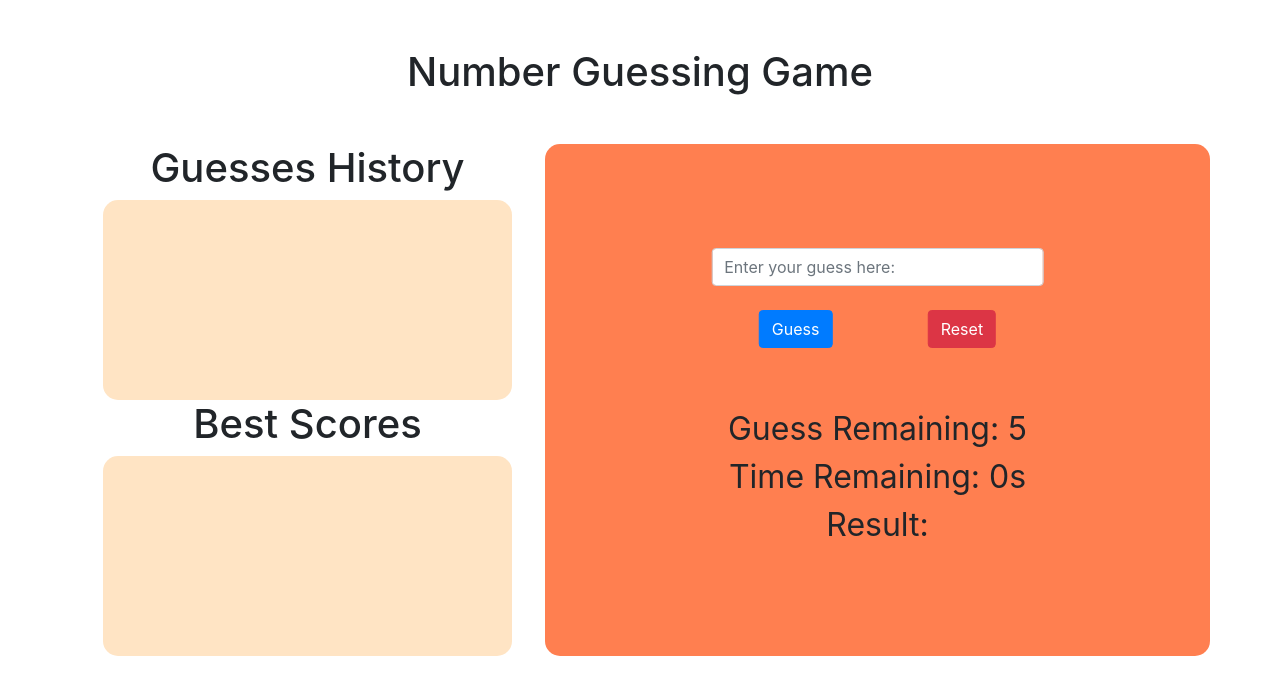
Repository: tts2610/NumberGuessingGame
Page: index.html
The author's editor kept a copy of each file at every save. The page is drawn from the files as they stood at one save, then again after the next save.
The browser window is 1280 px wide. The pictures show the whole page.
After loading, the first visible `#startGameBtn` was clicked once.

Above is the page before, as saved 2020-05-13 13:26:19.

### index.html
<!DOCTYPE html>
<html lang="en">

<head>
    <meta charset="UTF-8">
    <meta name="viewport" content="width=device-width, initial-scale=1.0">
    <title>Document</title>
    <link rel="stylesheet" href="https://maxcdn.bootstrapcdn.com/bootstrap/4.4.1/css/bootstrap.min.css">

    <!-- jQuery library -->
    <script src="https://ajax.googleapis.com/ajax/libs/jquery/3.4.1/jquery.min.js"></script>

    <!-- Popper JS -->
    <script src="https://cdnjs.cloudflare.com/ajax/libs/popper.js/1.16.0/umd/popper.min.js"></script>

    <!-- Latest compiled JavaScript -->
    <script src="https://maxcdn.bootstrapcdn.com/bootstrap/4.4.1/js/bootstrap.min.js"></script>
    <link rel="stylesheet" href="css/style.css">

</head>

<body>

    <section class="container py-5 numberGuessingBox">
        <h1 style="text-align: center;" class="mb-5">Number Guessing Game</h1>
        <div class="row">
            <div class="col-5 left_handSide px-5">
                <h1 style="text-align: center;">Guesses History</h1>
                <div class="row box-1"></div>
                <h1 style="text-align: center;">Best Scores</h1>
                <div class="row box-2"></div>
            </div>
            <div class="col-7 right_handSide px-5">
                <button onclick="startGame()" class="btn btn-info" id="startGameBtn">Start Game!</button>
                <div id="inputDiv">
                    <div class="customForm py-5">
                        <input type="number" class="form-control" id="guess" placeholder="Enter your guess here:">
                        <div class="submitBtn">
                            <button type="button" class="btn btn-primary mt-4" onclick="guess()">Guess</button>
                            <button type="button" class="btn btn-danger mt-4" onclick="reset()">Reset</button>
                        </div>
                    </div>
                    <div class="result">
                        <div>Guess Remaining:
                            <span id="guessRemaining"></span>
                        </div>
                        <div>Time Remaining:
                            <span id="secondRemaining"></span>s</div>
                        <div>Result:
                            <span id="finalResult"></span>
                        </div>
                    </div>
                </div>


            </div>
        </div>
    </section>

    <script src="js/script.js"></script>
</body>

</html>

### css/style.css
.numberGuessingBox .row .left_handSide .box-1 {
    background-color: bisque;
    height: 200px;
    border-radius: 15px;
}

.numberGuessingBox .row .left_handSide .box-2 {
    background-color: bisque;
    height: 200px;
    border-radius: 15px;
}

.numberGuessingBox .row .right_handSide {
    background-color: coral;
    border-radius: 15px;
    width: auto;
}

.numberGuessingBox .row .right_handSide .customForm {
    width: 50%;
    position: absolute;
    top: 30%;
    left: 50%;
    transform: translate(-50%, -50%);
}

.numberGuessingBox .row .right_handSide .result {
    width: 50%;
    position: absolute;
    top: 65%;
    left: 50%;
    transform: translate(-50%, -50%);
    font-size: xx-large;
    text-align: center;
}

.numberGuessingBox .row .right_handSide .customForm .submitBtn {
    display: flex;
    justify-content: space-around;
}

#inputDiv {
    display: none;
}

#startGameBtn {
    width: 50%;
    position: absolute;
    top: 50%;
    left: 50%;
    transform: translate(-50%, -50%);
}

### js/script.js
let div = document.getElementById("inputDiv");
let startGameBtn = document.getElementById("startGameBtn");

let historyBox = [];
let bestScores = [];
let guess = 5;
let second = 30;
let randomNumber = Math.floor(Math.random() * 100) + 1;

let input = document.getElementById("guess");

let secondRemaining = document.getElementById("secondRemaining");
let guessRemaining = document.getElementById("guessRemaining");
let finalResult = document.getElementById("finalResult");


$(document).ready(function() {
    div.style.display = "none";
});

function startGame() {
    if (div.style.display === "none") {
        while (secondRemaining.textContent != "0") {
            second--;
            secondRemaining.textContent = second;
        }

        guessRemaining.textContent = guess;
        div.style.display = "block";
        startGameBtn.style.display = "none";
    }
}

function startTimer(duration, display) {
    var timer = duration;
    var minutes;
    var seconds;
    setInterval(function() {
        minutes = parseInt(timer / 60, 10);
        seconds = parseInt(timer % 60, 10);

        minutes = minutes < 10 ? "0" + minutes : minutes;
        seconds = seconds < 10 ? "0" + seconds : seconds;

        display.textContent = minutes + ":" + seconds;

        if (--timer < 0) {
            timer = duration;
        }
    }, 1000);
}




function get() {

}

function reset() {

}

After the next save:
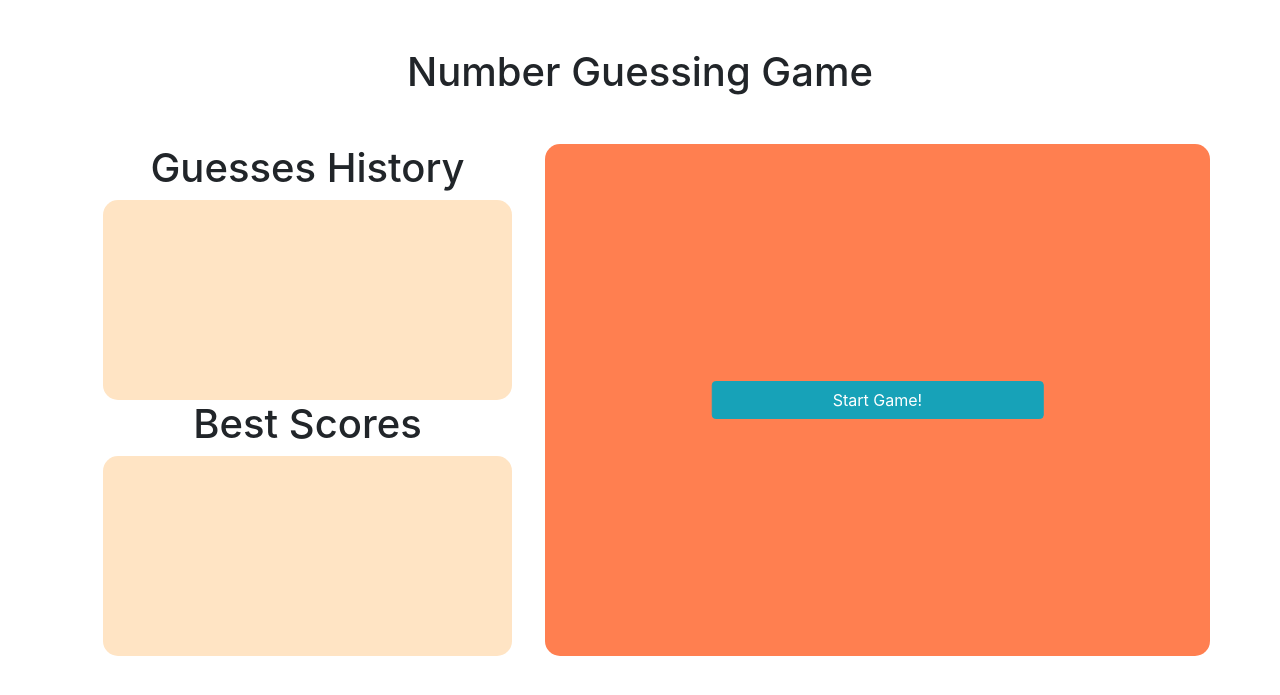
Console error: ReferenceError: display is not defined
Saved 50 s later.
--- a/js/script.js
+++ b/js/script.js
@@ -20,10 +20,8 @@
 
 function startGame() {
     if (div.style.display === "none") {
-        while (secondRemaining.textContent != "0") {
-            second--;
-            secondRemaining.textContent = second;
-        }
+        var oneMinute = 60 * 1;
+        startTimer(oneMinute, display);
 
         guessRemaining.textContent = guess;
         div.style.display = "block";

After the 2 saves that followed:
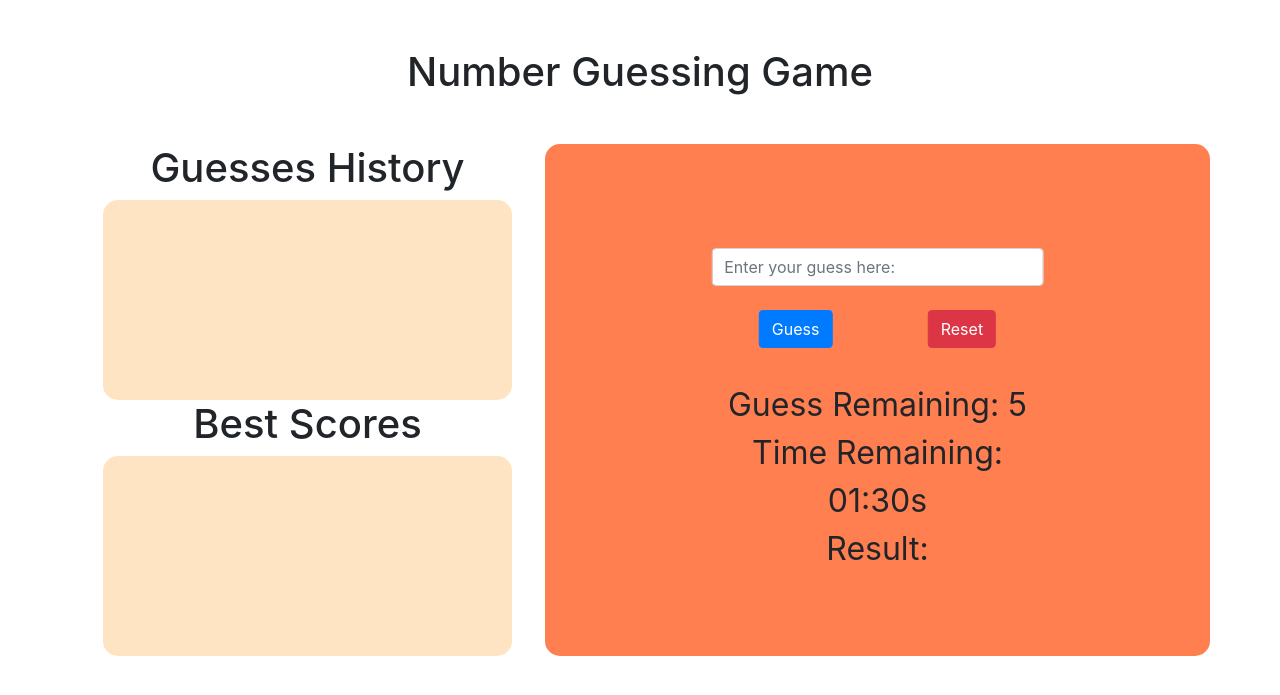
The error is gone.
The 2 saves are shown as one change because 1 left the picture as it was.
The last was saved 42 s later.
--- a/js/script.js
+++ b/js/script.js
@@ -20,8 +20,8 @@
 
 function startGame() {
     if (div.style.display === "none") {
-        var oneMinute = 60 * 1;
-        startTimer(oneMinute, display);
+        var oneMinute = 90;
+        startTimer(oneMinute, secondRemaining);
 
         guessRemaining.textContent = guess;
         div.style.display = "block";
